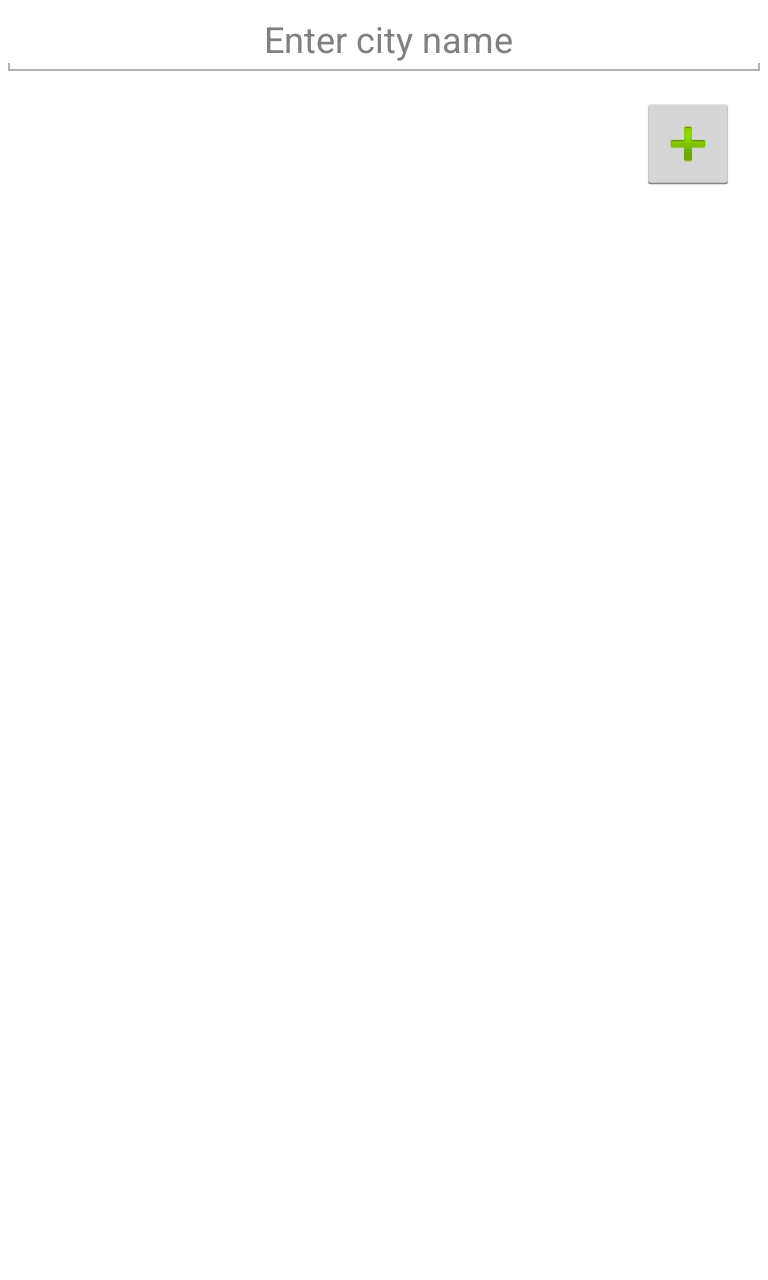
Repository: sandeshshetty/TravelZeus
Layout: TravelZeus/res/layout/fragment_home.xml
These files come from the project's save history. The layout is drawn as it stood at one moment and after the next save; the edit follows.
It is drawn on a 768 x 1280 px phone screen (xhdpi) without system bars, with theme AppTheme; the app's code is not run. The app's manifest (not shown) leaves right-to-left support off. So textAlignment, textDirection and layoutDirection are ignored, and left and right values win over start and end ones.

Above is the layout before, as saved 2015-05-16 11:22:51.

### TravelZeus/res/layout/fragment_home.xml
<?xml version="1.0" encoding="utf-8"?>
<LinearLayout xmlns:android="http://schemas.android.com/apk/res/android"
    android:layout_width="match_parent"
    android:layout_height="match_parent"
    android:orientation="vertical" >

    <LinearLayout
        android:layout_width="match_parent"
        android:layout_height="wrap_content"
        android:orientation="horizontal">

        <EditText
        	android:id="@+id/homeSearchBar"
        	android:paddingLeft="16dp"
        	android:layout_width="match_parent"
        	android:layout_height="wrap_content"
        	android:hint="@string/home_search"
        	android:gravity="9" />

        <ImageButton
            android:src="@android:drawable/ic_menu_search"
            android:id="@+id/homeSearchButton"
            android:layout_width="wrap_content"
            android:layout_height="wrap_content"
            android:contentDescription="@string/search"
            />


    </LinearLayout>

    <ImageButton
        android:src="@android:drawable/ic_input_add"
        android:id="@+id/homeAddButton"
        android:layout_width="48dp"
        android:layout_height="48dp"
        android:layout_marginBottom="16dp"
        android:layout_marginEnd="16dp"
        android:layout_gravity="end|bottom"
        android:contentDescription="@string/add_new_place"/>

</LinearLayout>

### TravelZeus/res/values/strings.xml
<?xml version="1.0" encoding="utf-8"?>
<resources>

    <string name="app_name">Travel Zeus</string>
    <string name="hello_world">Hello world!</string>
    <string name="action_settings">Settings</string>
    <string name="home_search">Enter city name</string>
    <string name="search">Search</string>
    <string name="add_new_place">Add new place</string>

</resources>

Loaded but not shown: TravelZeus/res/values/styles.xml (common file); TravelZeus/res/values-v11/styles.xml (common file); TravelZeus/res/values-v14/styles.xml (common file)

After the next save:
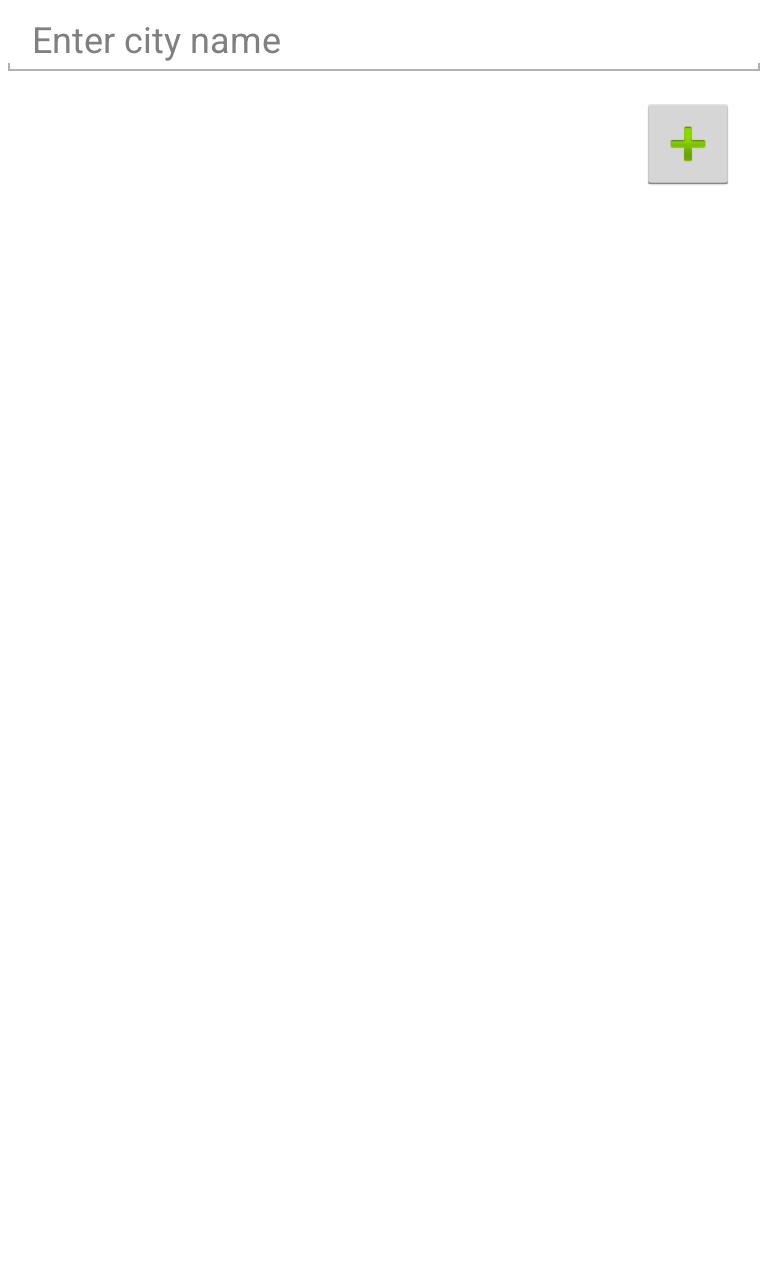
Saved 10 s later.
--- a/TravelZeus/res/layout/fragment_home.xml
+++ b/TravelZeus/res/layout/fragment_home.xml
@@ -15,7 +15,7 @@
         	android:layout_width="match_parent"
         	android:layout_height="wrap_content"
         	android:hint="@string/home_search"
-        	android:gravity="9" />
+        	android:gravity="0.9" />
 
         <ImageButton
             android:src="@android:drawable/ic_menu_search"
